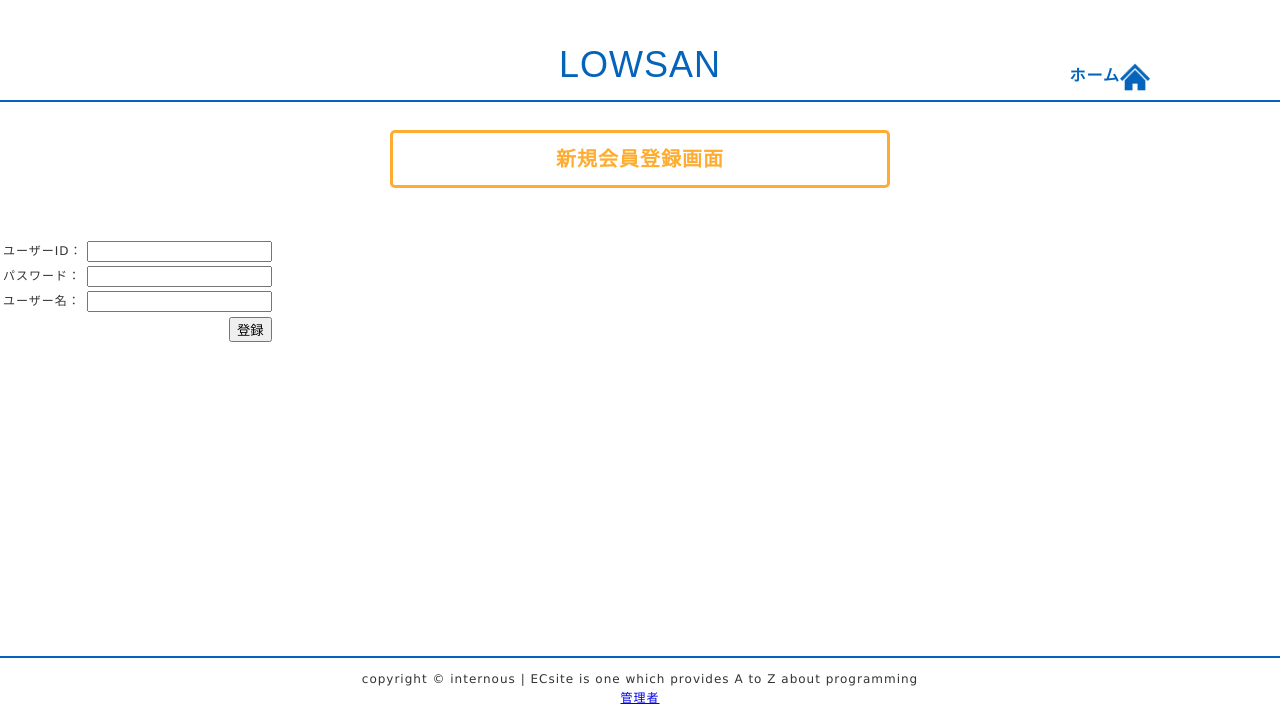
Repository: nishimura0212/myECsite
Page: http://localhost/ecsite/UserCreateAction
The author's editor kept a copy of each file at every save. The page is drawn from the files as they stood at one save, then again after the next save.
The browser window is 1280 px wide. The pictures show the whole page.
The page is served by Tomcat 9. Other server files are loaded and not shown.

Above is the page before, as saved 2019-01-19 09:31:14.

### ecsite/WebContent/userCreate.jsp
<%@ page language="java" contentType="text/html; charset=UTF-8"
    pageEncoding="UTF-8"%>
<%@ taglib prefix="s" uri="/struts-tags" %>
<!DOCTYPE html>
<html>
<head>
<meta http-equiv="Content-Type" content="text/html; charset=UTF-8"/>
<meta http-equiv="Content-Script-Type" content="text/javascript"/>
<meta http-equiv="imagetoolbar" content="no"/>
<meta name="description" content=""/>
<meta name="keywords" content=""/>
<title>UserCreate画面</title>
<link rel="stylesheet" type="text/css" href="css/style.css">
</head>
<body>
	<div id="header">
		<p>LOWSAN</p>
		<div id="header-icon">
			<ul>
				<li class="icon">
					<a href="GoHomeAction">
					ホーム<img src="./img/icon/home.png" width="30px" height="30px">
					</a>
				</li>
			</ul>
		</div>
	</div>
	<div id="main">
		<div id="top">
			<p>新規会員登録画面</p>
		</div>
		<div class="waku">
			<s:if test="errorMessage != ''">
				<s:property value="errorMessage" escape="false" />
			</s:if>
			<table>
				<s:form action="UserCreateConfirmAction">
					<tr>
						<td><label>ユーザーID：</label></td>
						<td><input type="text" name="loginUserId" value="" /></td>
					</tr>
					<tr>
						<td><label>パスワード：</label></td>
						<td><input type="text" name="loginPassword" value="" /></td>
					</tr>
					<tr>
						<td><label>ユーザー名：</label></td>
						<td><input type="text" name="userName" value="" /></td>
					</tr>
					<s:submit value="登録" />
				</s:form>
			</table>
		</div>
	</div>
	<div id="footer">
		<p>copyright &copy; internous | ECsite is one which provides A to Z about programming<br/>
		<a href = '<s:url action="AdminAction"/>'>管理者</a></p>
	</div>
</body>
</html>

### ecsite/WebContent/css/style.css
@CHARSET "UTF-8";

/* bodyレイアウト */
body{
	margin: 0;
	padding: 0;
	height: 100%;
	height: auto;
	line-height: 1.6;
	letter-spacing: 1px;
	font-family: Verdana,Helvetica,sans-serif;
	font-size: 12px;
	color: #333;
	background: #fff;
}

/* headerレイアウト */
#header{
	position: fixed;
	left: 0;
	top: 0;
	z-index: 2;
	width: 100%;
	height: 100px;
	text-align: center;
	background-color: #fff;
	border-bottom: 2px solid #0464bb;
}
#header p{
	color: #0464bb;
	font-family: "メイリオ",sans-serif;
	font-size: 36px;
}
#header-icon{
	position: absolute;
	top: 50px;
	right: 100px;
}
#header-icon .icon{
	float: left;
	margin: 0 auto;
	margin-right: 30px;
	list-style-type: none;
	font-size: 16px;
	font-weight: bold;
}
#header-icon .icon img{
	clear: both;
	vertical-align: middle;
}
#header-icon .icon a{
	color: #0464bb;
	text-decoration:none;
}
.icon:hover{
	cursor: pointer;
}

/* mainレイアウト */
#main{
	position: relative;
	top: 110px;
	width: 100%;
	padding-bottom: 60px;
}

.waku{
	margin-top: 50px;
}

/* 見出しレイアウト */
#top{
	width: 500px;
	margin: 0px auto;
	margin-top: 10px;
	text-align: center;
}
#top p{
	font-size: 20px;
	font-weight: bold;
	border: 3px solid #FFAD32;
	border-radius: 5px;
	color: #FFAD32;
	background-color: #fff;
	padding: 10px 0px;
}

/* tableレイアウト */
.table{
	margin: 0 auto;
	width: 800px;
	font-size: 24px;
	padding: 40px 30px 50px 20px;
	background-color: #FFFDEB;
	color: #FFAD32;
	border-radius: 10px;
}

/* ログイン画面 */
.textarea{
	width: 100%;
	height: 30px;
	font-size: 22px;
	padding-left: 1%;
	border-radius: 15px;
}
input[type="text"]:focus {
	border: 2px solid #FFD493;
	outline: 0;
}
input[type="password"]:focus {
	border: 2px solid #FFD493;
	outline: 0;
}
.error{
	margin: 0 auto;
	width: 500px;
	text-align: center;
}
.error p{
	color: #FF5151;
	font-size: 14px;
}
.single{
	margin-top: 20px;
	text-align: center;
	padding: 20px;
}
.single_btn{
	width: 100px;
	height: 40px;
	padding: 5px;
	background-color: #FFAD32;
	font-size: 12px;
	font-weight: bold;
	color: white;
	border-color: none;
	border-radius: 20px;
}
.single_btn:hover{
	background-color: #F99500;
	cursor: pointer;
}

/* 会員画面 */
.comment{
	text-align: center;
	font-size: 14px;
}
.main-text{
	text-align: center;
	margin-top: 10px;
}
.userButton{
	margin-top: 20px;
	width: 300px;
	height: 100px;
	color: #FFFDEB;
	font-size: 24px;
	background-color: #FFAD32;
	border-radius: 20px;
}
.userButton:hover{
	cursor: pointer;
	background-color: #F99500;
}

/* カテゴリ選択画面 */
.categoryBox{
	margin: 0 auto;
	margin-top: 30px;
	width: 600px;
	text-align: center;
}
.category{
	margin: 0 auto;
	display: inline-block;
	text-align: center;
}
.categoryCircle{
	margin: 0 auto;
	float: left;
}
.circle{
	width: 200px;
	height: 200px;
	margin: 0px 20px 10px 20px;
	border-radius: 50%;
	font-size: 30px;
	border: 5px solid #FFBF60;
	background-color: #FFFDEB;
}
.circle:hover{
	background-color: #FFBF60;
	color: #FFFDEB;
	border: none;
	cursor: pointer;
}
#empty{
	clear: both;
}

/* 商品選択画面 */
.item-wrap{
	width: 700px;
	margin: 30px auto;
	height: 100%;
	padding-bottom: 60px;
}
.itemBox{
	width: 300px;
	height: 250px;
	text-align: center;
	border: 2px dotted gray;
	margin: 20px 20px 20px 20px;
	background-color: #f9fcb6;
}
.itemBox img{
	width: 250px;
	height: 250px;
}
.itemName{
	margin: 0;
	font-size: 15px;
}
.flex-container{
	display: inline-flex;
}

/* 商品購入画面 */
.containerA{
	margin: 0 auto;
	margin-top: 20px;
	margin-right: 50px;
	text-align: center;
}
.left{
	width: 300px;
	height: 300px;
}
.left img{
	width: 100%;
}
.right{
	height: 300px;
	font-size: 20px;
	margin-top: 30px;
	border-collapse: collapse;
}
.td-left{
	text-align: center;
	background-color: #FFBF60;
	border: 1px solid lightgray;
}
.td-right{
	text-align: left;
	padding: 0px 10px;
	border: 1px solid lightgray;
}
.td-submit{
	background-color: #fff;
}
.select{
	width: 50px;
	font-size: 20px;
}
.select:hover{
	cursor: pointer;
}
.block{
	width: 100px;
	display: block;
}

/* 商品購入確認画面 */
.containerB{
	margin: 0 auto;
	margin-left: 150px;
	text-align: center;
}
.button{
	position: relative;
	top: 350px;
	right: 210px;
}
.gray_btn{
	width: 100px;
	height: 40px;
	padding: 5px;
	background-color: #808080;
	font-size: 12px;
	font-weight: bold;
	color: white;
	border-color: none;
	border-radius: 20px;
}
.gray_btn:hover{
	background-color: #666666;
	cursor: pointer;
}

/* 商品購入完了画面 */
.center{
	width: 400px;
	margin: 0 auto;
	margin-top: 50px;
}
.comment p{
	height: 50px;
	line-height: 50px;
	font-size: 16px;
	border: 2px solid gray;
	border-radius: 5px;
}

/* 商品購入履歴画面 */
.history-table{
	margin:0 auto;
	font-size: 16px;
	border-collapse: collapse;
	border: 1px solid lightgray;
	text-align: center;
}
.history-table th{
	border: 1px solid lightgray;
}
.history-table td,.td-img{
	border: 1px solid lightgray;
}
.history-table tr:first-child{
	background-color: #FFBF60;
}
.td-img img{
	width: 100px;
	height: 100px;
}

/* 商品購入画面 */
.pay-method{
	text-align: center;
	font-size: 14px;
}
.pay-method h4{
	margin: 0 auto;
	margin-top: 20px;
	width: 300px;
	border: 2px solid #FFAD32;
	border-radius: 5px;
}





.buy-item-button{
	margin: 20px;
	width: 100px;
	height: 50px;
	background-color: #eee;
	border-radius: 20%;
}
.buy-item-button:hover{
	cursor: pointer;
	background-color: #f9fcb6;
}
.pointer:hover{
	cursor: pointer;
}
.button1{
	margin: 0 20px auto;
	float: left;
}
.submit{
	width: 300px;
	height: 400px;
	border-radius: 10%;
	background-color: #f8f8f8;
	font-size: 30px;
}
.submit:hover{
	box-shadow: none;
	background-color: #ffff80;
	cursor: pointer;
}
#text-link{
	display: inline-block;
	text-align: right;
}
#text-right{
	display: inline-block;
	text-align: right;
}
.text-right{
	display: inline-block;
	margin-left: 4%;
}
#wrap{
	margin: 0 40% auto;
}
#left{
	float: left;
	width: 50%;
}
#right{
	float: left;
	width: 50%;
}
.text-center{
	display: inline-block;
	text-align: center;
}
#text{
	clear: left;
	padding-top: 20px;
	width: 780px;
	margin: 30px auto;
}
.text{
	text-align: center;
}
#list{
	border: 2px dotted gray;
	width: 500px;
	height: 100px;
	background-color: lightyellow;
	margin: 30px auto;
}
#list ul li{
	display: inline-block;
	list-style-type: none;
	margin-right: 2em;
}
#button{
	display: inline-block;
	text-align: center;
}
#empty{
	clear: both;
}
.button{
	margin: 0 auto;
	float: left;
	margin-right: 10px;
}
.button:hover{
	cursor: pointer;
}
.category_button{
	margin: 0 auto;
	float: left;
}
.item{
	width: 200px;
	height: 200px;
	margin: 0px 20px 10px 20px;
	border-radius: 50%;
	font-size: 30px;
}





/* footerレイアウト */
#footer{
	clear: both;
	position: fixed;
	left: 0;
	bottom: 0;
	z-index: 2;
	width: 100%;
	background-color: #fff;
	border-top: 2px solid #0464bb;
}
#footer p{
	text-align: center;
}

After the next save:
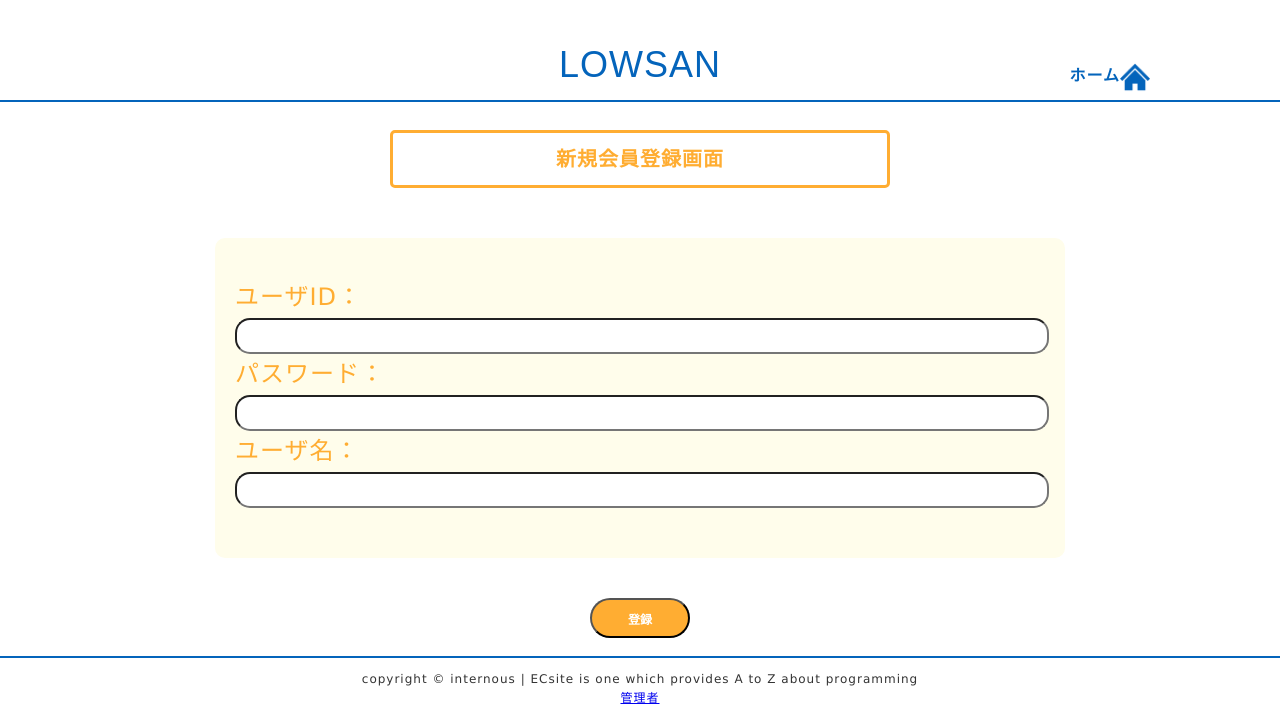
Saved 4 min 25 s later.
--- a/ecsite/WebContent/userCreate.jsp
+++ b/ecsite/WebContent/userCreate.jsp
@@ -30,26 +30,43 @@
 			<p>新規会員登録画面</p>
 		</div>
 		<div class="waku">
+			<div class="error">
 			<s:if test="errorMessage != ''">
+				<p>
 				<s:property value="errorMessage" escape="false" />
+				</p>
 			</s:if>
-			<table>
-				<s:form action="UserCreateConfirmAction">
-					<tr>
-						<td><label>ユーザーID：</label></td>
-						<td><input type="text" name="loginUserId" value="" /></td>
-					</tr>
-					<tr>
-						<td><label>パスワード：</label></td>
-						<td><input type="text" name="loginPassword" value="" /></td>
-					</tr>
-					<tr>
-						<td><label>ユーザー名：</label></td>
-						<td><input type="text" name="userName" value="" /></td>
-					</tr>
-					<s:submit value="登録" />
-				</s:form>
-			</table>
+			</div>
+			<s:form action="UserCreateConfirmAction">
+				<div class="table">
+					<label>ユーザID：</label><br>
+					<input type="text" name="loginUserId" class="textarea"/><br>
+					<label>パスワード：</label><br>
+					<input type="password" name="loginPassword" class="textarea"/><br>
+					<label>ユーザ名：</label><br>
+					<input type="text" name="userName" class="textarea"/>
+				</div>
+				<div class="single">
+					<button type="submit" class="single_btn">登録</button>
+				</div>
+			</s:form>
+<!-- 			<table> -->
+<%-- 				<s:form action="UserCreateConfirmAction"> --%>
+<!-- 					<tr> -->
+<!-- 						<td><label>ユーザーID：</label></td> -->
+<!-- 						<td><input type="text" name="loginUserId" value="" /></td> -->
+<!-- 					</tr> -->
+<!-- 					<tr> -->
+<!-- 						<td><label>パスワード：</label></td> -->
+<!-- 						<td><input type="text" name="loginPassword" value="" /></td> -->
+<!-- 					</tr> -->
+<!-- 					<tr> -->
+<!-- 						<td><label>ユーザー名：</label></td> -->
+<!-- 						<td><input type="text" name="userName" value="" /></td> -->
+<!-- 					</tr> -->
+<%-- 					<s:submit value="登録" /> --%>
+<%-- 				</s:form> --%>
+<!-- 			</table> -->
 		</div>
 	</div>
 	<div id="footer">
